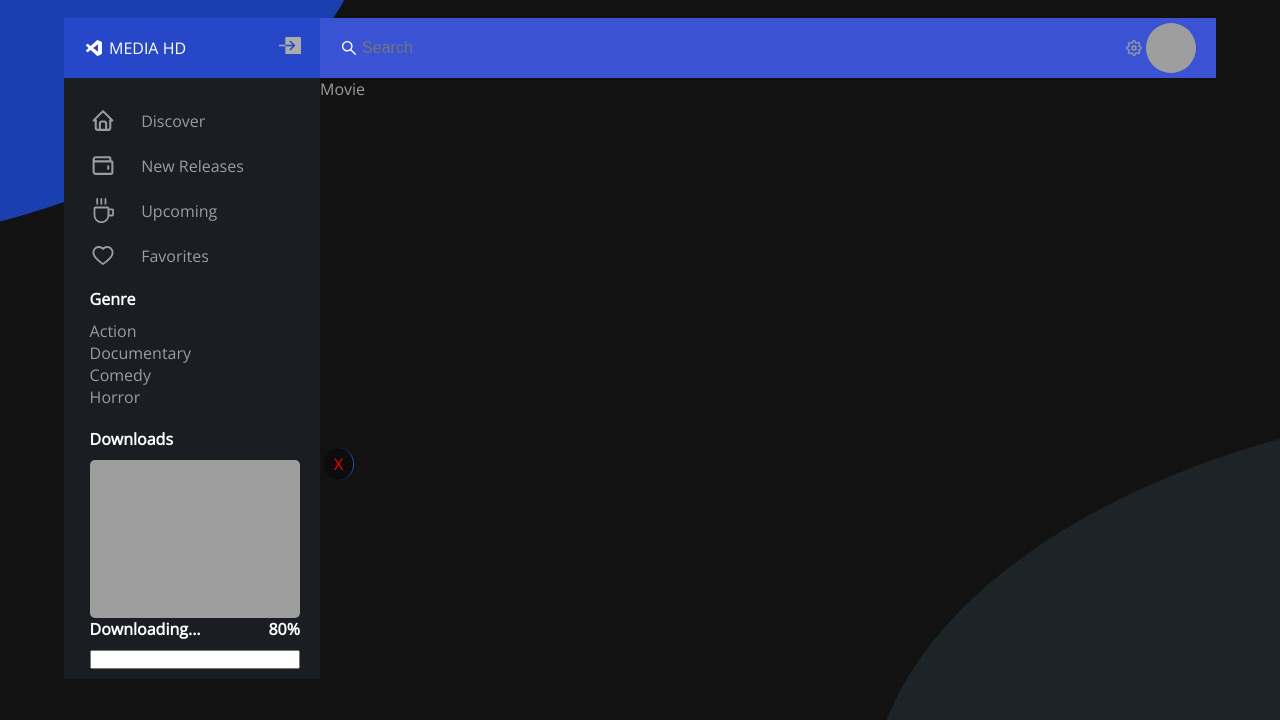
Repository: DevLaukey/movie-task
Page: /
These files come from the project's save history. The page is drawn as it stood at one moment and after a run of saves; the edit follows.
The browser window is 1280 px wide. The pictures show the whole page.
Pictures or frames that could not be fetched are drawn as grey boxes. The page's requests for data from a server got no answer. The project was rebuilt for these pictures with package versions that can differ from the ones it lists, and the page was loaded fresh each time. No one was signed in, and anything a server would have sent is missing. Also part of the build but not shown: src/components/Body/Movies.css.

Above is the page before, as saved 2022-06-15 21:15:19.

### src/App.js
import "./App.css"
import Body from "./components/Body/Body";
import Sidebar from "./components/Sidebar/Sidebar";
import axios from "axios";
import { useEffect, useState } from "react";

function App() {
  const [movies, setMovies] = useState([]);
  const url = "https://api.themoviedb.org/3/";
  const api = axios.create({ baseURL: url });

  const movieDetails = api.get(`/discover/movie?api_key=${process.env.REACT_APP_MOVIEDB_API}`, {
    params: process.env.MOVIEDB_API,
  });

  useEffect(() => {
    movieDetails.then((res) => {
      console.log(res.data.results);
    });
  }, [movies])
  return (
    <main className="App">
      <div className="App__container">
        <Sidebar />
        <Body />
      </div>
    </main>
  );
}

export default App;

### src/index.css
*{
    padding: 0;
    margin: 0;
    box-sizing: border-box;

}
body{    background-color: #000;
}

### src/features/counter/counterSlice.js
import { createAsyncThunk, createSlice } from '@reduxjs/toolkit';
import { fetchCount } from './counterAPI';

const initialState = {
  value: 0,
  movies: 'idle',
};

// The function below is called a thunk and allows us to perform async logic. It
// can be dispatched like a regular action: `dispatch(incrementAsync(10))`. This
// will call the thunk with the `dispatch` function as the first argument. Async
// code can then be executed and other actions can be dispatched. Thunks are
// typically used to make async requests.
export const incrementAsync = createAsyncThunk(
  'counter/fetchCount',
  async (amount) => {
    const response = await fetchCount(amount);
    // The value we return becomes the `fulfilled` action payload
    return response.data;
  }
);

export const counterSlice = createSlice({
  name: 'counter',
  initialState,
  // The `reducers` field lets us define reducers and generate associated actions
  reducers: {
    increment: (state) => {
      // Redux Toolkit allows us to write "mutating" logic in reducers. It
      // doesn't actually mutate the state because it uses the Immer library,
      // which detects changes to a "draft state" and produces a brand new
      // immutable state based off those changes
      state.value += 1;
    },
    decrement: (state) => {
      state.value -= 1;
    },
    // Use the PayloadAction type to declare the contents of `action.payload`
    incrementByAmount: (state, action) => {
      state.value += action.payload;
    },
  },
  // The `extraReducers` field lets the slice handle actions defined elsewhere,
  // including actions generated by createAsyncThunk or in other slices.
  extraReducers: (builder) => {
    builder
      .addCase(incrementAsync.pending, (state) => {
        state.status = 'loading';
      })
      .addCase(incrementAsync.fulfilled, (state, action) => {
        state.status = 'idle';
        state.value += action.payload;
      });
  },
});

export const { increment, decrement, incrementByAmount } = counterSlice.actions;

// The function below is called a selector and allows us to select a value from
// the state. Selectors can also be defined inline where they're used instead of
// in the slice file. For example: `useSelector((state: RootState) => state.counter.value)`
export const selectCount = (state) => state.counter.value;

// We can also write thunks by hand, which may contain both sync and async logic.
// Here's an example of conditionally dispatching actions based on current state.
export const incrementIfOdd = (amount) => (dispatch, getState) => {
  const currentValue = selectCount(getState());
  if (currentValue % 2 === 1) {
    dispatch(incrementByAmount(amount));
  }
};

export default counterSlice.reducer;

### src/App.css
@import url('https://fonts.googleapis.com/css2?family=Open+Sans&display=swap');
.App{
    background-image: url(../public/back.jpg);
    width: 100vw;
    height: 100vh;
    background-size: cover;
    background-repeat: no-repeat;
    font-family: 'Open Sans', sans-serif;
    color: rgba(154,156,161,255);
}
.App__container{
    position: absolute;
    display: flex;
    justify-content: center;
    width: 100%;
}

### src/components/Body/Body.js
import React from "react";
import "./Body.css";
import Movies from "./Movies";
import Nav from "./Nav/Nav";
function Body() {
  return (
    <div className="body">
      <Nav />
      <Movies />
    </div>
  );
}

export default Body;

### src/components/Sidebar/Sidebar.js
import React from "react";
import "./Sidebar.css";
import { IoEnterSharp } from "react-icons/io5";
import { SiVisualstudiocode } from "react-icons/si";

import Links from "./Links";


function Sidebar() {
  return (
    <div className="sidebar">
      <div className="sidebar__top">
        <div className="sidebar__left">
          <SiVisualstudiocode className="sidebar__logo" />
          <p className="sidebar__text">MEDIA HD</p>
        </div>
        <div className="sidebar__right">
          <IoEnterSharp
            style={{ color: "#acacac", height: "25", width: "30" }}
          />
        </div>
      </div>
      <div className="sidebar__bottom">
        <Links />
        <section className="sidebar__genre">
          <p className="sidebar__genre-bold-text">Genre</p>
          <p className="sidebar__genre-text">Action</p>
          <p className="sidebar__genre-text">Documentary</p>
          <p className="sidebar__genre-text">Comedy</p>
          <p className="sidebar__genre-text">Horror</p>
        </section>
        <section className="sidebar__downloads">
          <p className="sidebar__genre-bold-text">Downloads</p>
          <img
            className="sidebar__download-img"
            src="https://image.tmdb.org/t/p/original/zGLHX92Gk96O1DJvLil7ObJTbaL.jpg"
            alt="download"
          />
          <div className="sidebar__downloads-circle">
            <p className="sidebar__downloads-cancel">X</p>
          </div>
            <div className="sidebar__downloads-text">
              <p className="sidebar__genre-bold-text">Downloading...</p>
              <p className="sidebar__genre-bold-text"> 80%</p>
          </div>
          <input type="progress" />
        </section>
      </div>
    </div>
  );
}

export default Sidebar;

### src/components/Body/Body.css
.body{
    display: flex;
    flex-direction: column;
    top: -20px;
    width: 70%;
}

### src/components/Body/Movies.js
import React from 'react'
import Movie from './Movie'
import "./Movies.css"
function Movies() {
  return (
      <div>
          <Movie />
    </div>
  )
}

export default Movies

### src/components/Body/Nav/Nav.js
import React from 'react'
import "./Nav.css"
import { AiOutlineSearch} from "react-icons/ai";
import { FiSettings } from "react-icons/fi";

function Nav() {
  return (
    <div className="nav">
      <div className="nav__search">
        <AiOutlineSearch style={{ color: "white", fontSize: "20" }} />
        <input
          className="nav__search__input"
          type="text"
          placeholder="Search"
        />
      </div>
      <div className="nav__icons">
        <FiSettings />
        <img
          src={`https://dt2sdf0db8zob.cloudfront.net/wp-content/uploads/2019/12/9-Best-Online-Avatars-and-How-to-Make-Your-Own-for-Free-image1-5.png`}
          alt=""
          className="nav__avatar"
        />
      </div>
    </div>
  );
}

export default Nav

### src/components/Sidebar/Sidebar.css
.sidebar {
  display: flex;
  flex-direction: column;
  margin-top: 18px;
  width: 20%;
  align-items: center;
  background-color: rgba(26, 29, 34, 255);
}
.sidebar__top {
  display: flex;
  width: 100%;
  justify-content: space-between;
  align-items: center;
  padding: 15px;
  background-color: #2647c8;
}
.sidebar__left {
  color: #fff;
  display: flex;
  align-items: center;
}
.sidebar__logo {
  width: 30px;
}
.sidebar__bottom {
  width: 100%;
}

.sidebar__group {
  width: 100%;
  margin-top: 20px;
  display: flex;

  flex-direction: column;
}
.sidebar__option {
  display: flex;
  align-items: center;
  padding: 10px 20px 10px 0;
}
.sidebar__option > * {
  margin-left: 10%;
}
.sidebar__option:hover {
  background-color: #0c0c0c;
  color: rgba(25, 64, 181, 255);
  border-left: 1px solid #2647c8;
}
.sidebar__genre {
  display: flex;
  flex-direction: column;
  padding: 10px 20px 10px 0;
  margin-left: 10%;
}
.sidebar__genre-bold-text {
  font-weight: bold;
  color: #fff;
  font-size: 1em;
  margin-bottom: 10px;
}

.sidebar__downloads {
  display: flex;
  flex-direction: column;
  padding: 10px 20px 10px 0;
  margin-left: 10%;
}
.sidebar__downloads-circle {
  padding: 5px 10px 5px 10px;
  background-color: #0c0c0c;
  width: fit-content;
  align-items: center;
  border-radius: 50%;
  position: absolute;
  left: 45vh;
  border-right: #2647c8 1px solid;
  margin-top: 20px;
}
.sidebar__downloads-cancel {
  color: red;
}
.sidebar__download-img {
border-radius: 5px;
}

.sidebar__downloads-text{
  display: flex;
  width: 100%;
  justify-content: space-between;
}

### src/components/Sidebar/Links.js
import React from 'react'
import { TbHome } from "react-icons/tb";
import { BiWallet } from "react-icons/bi";
import { AiOutlineHeart, AiOutlineCoffee } from "react-icons/ai";


function Links() {
  return (
    <nav className="sidebar__group">
      <div className="sidebar__option">
        <TbHome style={{ height: "25", width: "30" }} />
        <p className="sidebar__option-text">Discover</p>
      </div>
      <div className="sidebar__option">
        <BiWallet style={{ height: "25", width: "30" }} />
        <p className="sidebar__option-text">New Releases</p>
      </div>
      <div className="sidebar__option">
        <AiOutlineCoffee style={{ height: "25", width: "30" }} />
        <p className="sidebar__option-text">Upcoming</p>
      </div>
      <div className="sidebar__option">
        <AiOutlineHeart style={{ height: "25", width: "30" }} />

        <p className="sidebar__option-text">Favorites</p>
      </div>
    </nav>
  );
}

export default Links

### src/components/Body/Movie.js
import React from 'react'
import "./Movies.css"
function Movie() {
  return (
    <div>Movie</div>
  )
}

export default Movie

### src/components/Body/Nav/Nav.css
.nav {
  width: 100%;
  display: flex;
  justify-content: space-between;
  margin-top: 18px;
  align-items: center;
  padding: 5px 20px;
  background-color: #3a53d4;
}
.nav__search {
  display: flex;
  align-items: center;
}
.nav__search__input {
  width: 100%;
  border: none;
  background-color: #3a53d4;
  color: #fff;
  margin-left: 4px;
  font-size: 1em;
}

.nav__search__input:focus {
  outline: none;
}
.nav__icons{
    display: flex;
    align-items: center;
}
.nav__avatar{
    margin-left: 4px;
  vertical-align: middle;
  width: 50px;
  height: 50px;
  border-radius: 50%
}

Loaded but not shown: public/index.html (common file); src/index.js (common file); src/app/store.js (common file); src/reportWebVitals.js (common file); src/features/counter/counterAPI.js (common file)

After the next 2 saves:
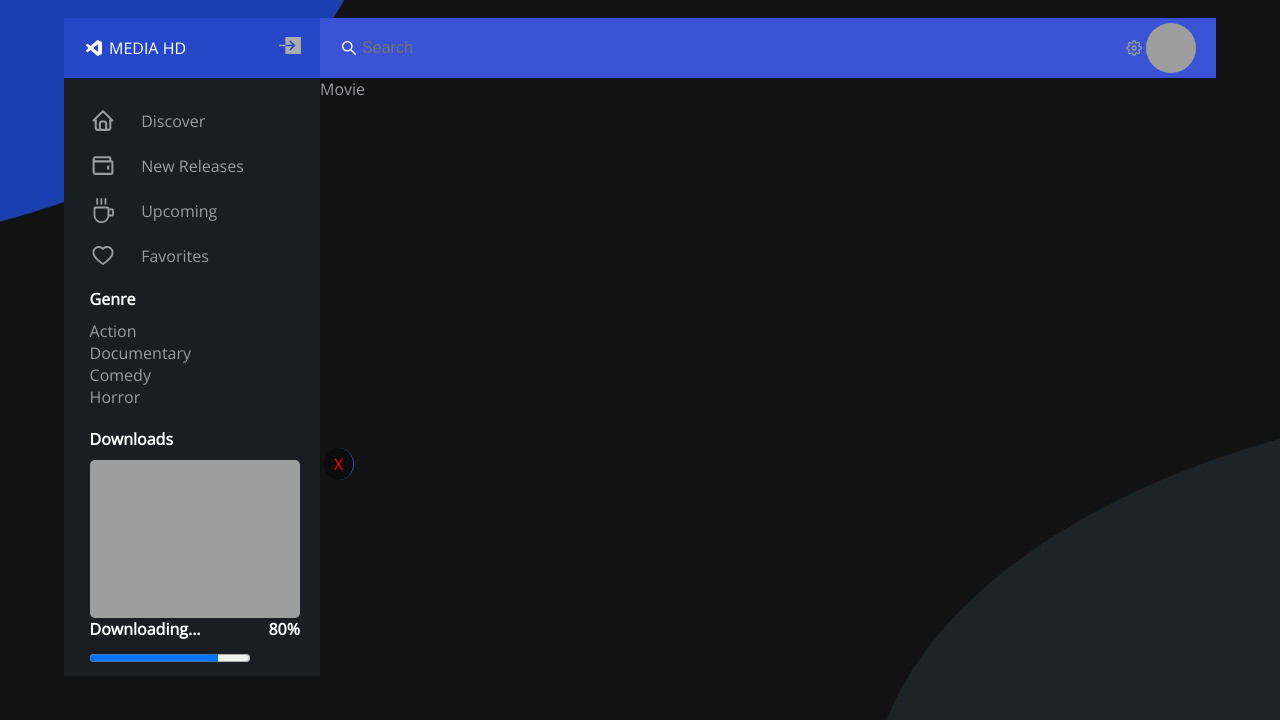
The 2 saves are shown as one change because 1 did not build or start.
The last was saved 68 s later.
--- a/src/components/Sidebar/Sidebar.js
+++ b/src/components/Sidebar/Sidebar.js
@@ -39,11 +39,12 @@ function Sidebar() {
           <div className="sidebar__downloads-circle">
             <p className="sidebar__downloads-cancel">X</p>
           </div>
-            <div className="sidebar__downloads-text">
-              <p className="sidebar__genre-bold-text">Downloading...</p>
-              <p className="sidebar__genre-bold-text"> 80%</p>
+          <div className="sidebar__downloads-text">
+            <p className="sidebar__genre-bold-text">Downloading...</p>
+            <p className="sidebar__genre-bold-text"> 80%</p>
           </div>
-          <input type="progress" />
+
+          <progress max="100" value="80"></progress>
         </section>
       </div>
     </div>
